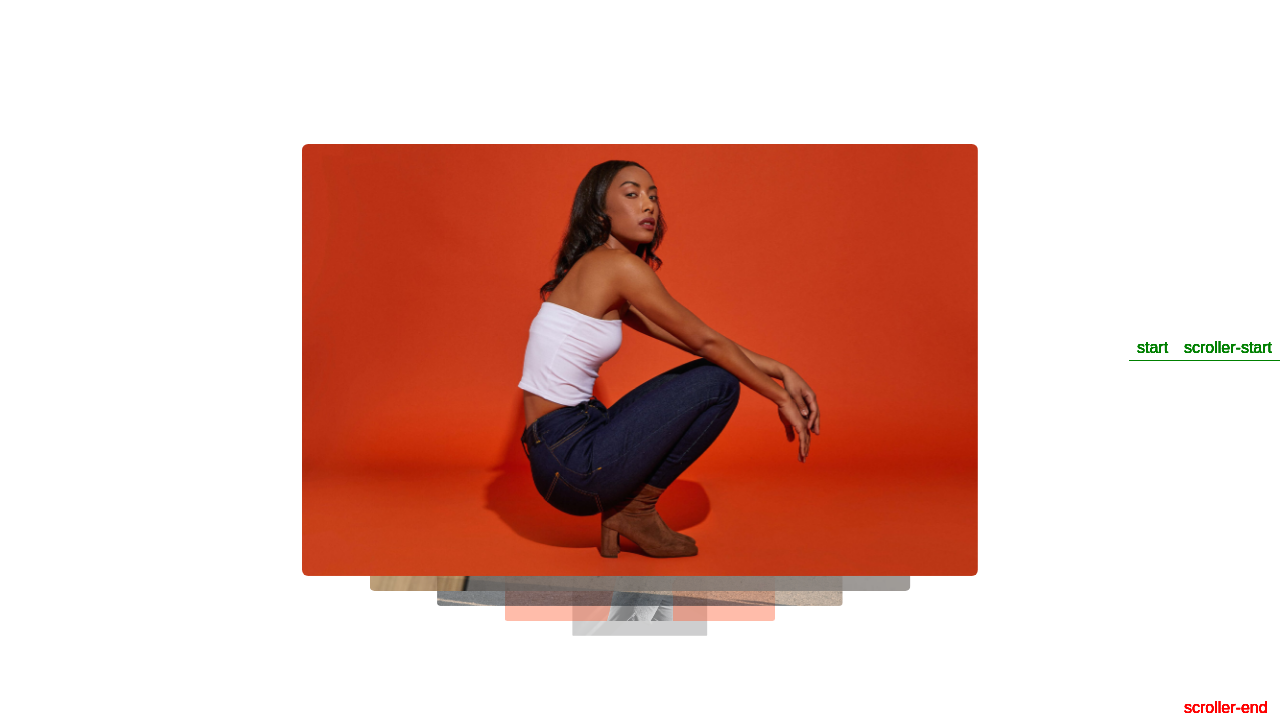
Repository: lwygold/motion
Page: layout/이미지 위로 계속 올라가는레이아웃.html
These files come from the project's save history. The page is drawn as it stood at one moment and after the next save; the edit follows.
The browser window is 1280 px wide. The pictures show the window.
Pictures or frames that could not be fetched are drawn as grey boxes. A layer covers the whole window, so only the first screen is drawn.

Above is the page before, as saved 2023-02-20 17:31:23.

### layout/이미지 위로 계속 올라가는레이아웃.html
<!DOCTYPE html>
<html lang="ko">

<head>
    <meta http-equiv="Content-Type" content="text/html;charset=utf-8" />
    <meta name="viewport" content="width=device-width, user-scalable=no, target-densitydpi=medium-dpi" />
    <meta name="apple-mobile-web-app-capable" content="yes" />
    <meta name="format-detection" content="telephone=no" />
    <meta http-equiv="X-UA-Compatible" content="IE=edge" />
    <meta http-equiv="x-rim-auto-match" content="none" />
    <link rel="shortcut icon" href="./images/favicon.ico" />
    <link rel="stylesheet" type="text/css" href="../assets/css/slick.css" />
    <link rel="stylesheet" type="text/css" href="../assets/css/common.css" />
    <link rel="stylesheet" type="text/css" href="../assets/css/main.css" />
    <link rel="stylesheet" type="text/css" href="../assets/css/sub.css" />
    <title>테스트</title>
    <script src="../assets/js/jquery-3.3.1.min.js"></script>
    <script src="../assets/js/jquery-ui.min.js"></script>
    <script src="../assets/js/slick.min.js"></script>
    <script src="../assets/js/gsap.js"></script>
    <script src="../assets/js/gsap_scroll_trigger.js"></script>
    <script src="../assets/js/green.js"></script>
    <script src="../assets/js/common.js"></script>
    <script src="../assets/js/main.js"></script>
    <script src="../assets/js/sub.js"></script>
</head>

<style>
    section {
        width: 100vw;
        height: 100vh;
    }

    section ul {
        align-items: center;
        display: flex;
        height: 100%;
        justify-content: center;
        left: 0;
        position: fixed;
        top: 0;
        width: 100%;
        max-height: 100vh;
    }

    section ul li {
        border-radius: 0.4861111111vw;
        cursor: pointer;
        height: 60vh;
        overflow: hidden;
        position: absolute;
        -webkit-transform-origin: bottom;
        transform-origin: bottom;
        width: 52.7777777744vw;
        will-change: transform, opacity;
    }



    section ul li:nth-child(1) {
        z-index: 5;
    }

    section ul li:nth-child(2) {
        z-index: 4;
    }

    section ul li:nth-child(3) {
        z-index: 3;
    }

    section ul li:nth-child(4) {
        z-index: 2;
    }

    section ul li:nth-child(5) {
        z-index: 1;
    }


    section ul li div {
        height: 100%;
        -webkit-transform: none;
        transform: none;
        transition: -webkit-transform 1.2s cubic-bezier(.165, .84, .44, 1);
        transition: transform 1.2s cubic-bezier(.165, .84, .44, 1);
        transition: transform 1.2s cubic-bezier(.165, .84, .44, 1), -webkit-transform 1.2s cubic-bezier(.165, .84, .44, 1);
        width: 100%;
        will-change: transform;
    }

    section ul li div img {
        height: 100%;
        -o-object-fit: cover;
        object-fit: cover;
        -o-object-position: center;
        object-position: center;
        width: 100%;
        -webkit-transform: none;
        transform: none;
        -webkit-transform-origin: center;
        transform-origin: center;
        transition: -webkit-transform 1.6s cubic-bezier(.165, .84, .44, 1);
        transition: transform 1.6s cubic-bezier(.165, .84, .44, 1);
        transition: transform 1.6s cubic-bezier(.165, .84, .44, 1), -webkit-transform 1.6s cubic-bezier(.165, .84, .44, 1);
        width: 100%;
        will-change: transform;
    }

    section ul li div img:hover {
        -webkit-transform: scale(1.1);
        transform: scale(1.1);
    }
</style>

<body>

    <section class="s1">
        <ul>
            <li class="panel s1-1 panel_first">
                <div>
                    <img src="./images/1.jpg" alt="">
                </div>
            </li>
            <li class="panel s1-2">
                <div>
                    <img src="./images/2.jpg" alt="">
                </div>
            </li>
            <li class="panel s1-3">
                <div>
                    <img src="./images/3.jpg" alt="">
                </div>
            </li>
            <li class="panel s1-4">
                <div>
                    <img src="./images/4.jpg" alt="">
                </div>
            </li>
            <li class="panel s1-5">
                <div>
                    <img src="./images/5.jpg" alt="">
                </div>
            </li>
            <li class="panel s1-6">
                <div>
                    <img src="./images/6.jpg" alt="">
                </div>
            </li>
            <li class="panel s1-7">
                <div>
                    <img src="./images/6.jpg" alt="">
                </div>
            </li>
        </ul>
    </section>


    <script>
        const $ul = $('ul');
        const $li = $('ul li');
        const li_cnt = $('ul li').length;

        $li.each((i, e) => {
            $(e).css("transform", "translateY(" + i * 15 + "px) scale(" + (1 - (0.1 * (i * (2)))) + ")");
            $(e).css("opacity", 1 - (0.1 * (i * (2))));
            $(e).attr("filter", "grayscale(" + i * 33 + "%);");
        });



        $(function () {

            gsap.registerPlugin(ScrollTrigger);

            let panels = gsap.utils.toArray(".panel");

            let tl1 = gsap.timeline({
                scrollTrigger: {
                    trigger: $ul,
                    start: "center center",
                    end: () => innerHeight * 3,
                    pin: true,
                    scrub: true,
                    markers: true,
                }
            });

            let tl2 = gsap.timeline({
                scrollTrigger: {
                    trigger: 'section ul li:nth-child(1)',
                    start: "center center",
                    end: () => (innerHeight * 3)/10,
                    scrub: true,
                    markers: true,
                }
            });

            let tl3 = gsap.timeline({
                scrollTrigger: {
                    trigger: 'section ul li:nth-child(1)',
                    start: "center center",
                    end: () => (innerHeight * 3)/10,
                    scrub: true,
                    markers: true,
                }
            });

            let tl4 = gsap.timeline({
                scrollTrigger: {
                    trigger: 'section ul li:nth-child(1)',
                    start: "center center",
                    end: () => (innerHeight * 3)/10,
                    scrub: true,
                    markers: true,
                }
            });

            let tl5 = gsap.timeline({
                scrollTrigger: {
                    trigger: 'section ul li:nth-child(1)',
                    start: "center center",
                    end: () => (innerHeight * 3)/10,
                    scrub: true,
                    markers: true,
                }
            });

            let tl6 = gsap.timeline({
                scrollTrigger: {
                    trigger: 'section ul li:nth-child(1)',
                    start: "center center",
                    end: () => (innerHeight * 3)/10,
                    scrub: true,
                    markers: true,
                }
            });

            panels.forEach((panel, i) => {

                tl1.to(panel, {
                    yPercent: -150,
                });

                tl2.to('section ul li:nth-child('+(i+1)+')', {
                    y:0,
                    opacity:1,
                    scale: 1,
                });

                tl3.to('section ul li:nth-child('+(i+2)+')', {
                    y: 15+"px",
                    opacity:0.8,
                    scale: 0.8,
                });

                tl4.to('section ul li:nth-child('+(i+3)+')', {
                    y: 30+"px",
                    opacity:0.6,
                    scale: 0.6,
                });

                tl5.to('section ul li:nth-child('+(i+4)+')', {
                    y: 45+"px",
                    opacity:0.4,
                    scale: 0.4,
                });

                tl6.to('section ul li:nth-child('+(i+5)+')', {
                    y: 60+"px",
                    opacity:0.2,
                    scale: 0.2,
                });


            });
















        });

    </script>
</body>

</html>

### assets/css/main.css
body {
 font-size:0;
}


section.section4 {
 height: 400vh;
}

.header-section {
 padding: 0 15px;
 text-align: center;
 margin: 0;
 height: 100vh;
 color: #000;
 font-size: 35px;
 display: flex;
 align-items: center;
 justify-content: center;
}

.nav {
 display: flex;
 position: fixed;
 right:100px;
 top:50%;
 transform: translateY(-50%);
 z-index: 11;
}

.nav > div {
 position: relative;
 width: 2px;
 height: 55px;
 background: transparent;
 z-index: 1;
}

.nav > div:after {
 content:'';
 position: absolute;
 left:0;
 top:0;
 width:3px;
 height: 55px;
 background: rgba(255,255,255, 0.3);
 z-index: 2;
}

.nav div > div {
 position: absolute;
 left:0;
 top:0;
 width:2px;
 height:0;
 background: #fff;
}


.gridBlock {
 opacity: 0;
}


/* Grid almost fully pulled from https://www.rino-pelle.com/ */
.grid-container {
 width: 100vw;
 height: 400vh;
 position: relative;
}
.grid {
 top: 0;
 left: 0;
 z-index: 1;
 width: 70vw;
 height: 60vw;
 margin: 0 calc(100vw / 20 * 3);
 position: absolute;

}
@media only screen and (max-width: 580px) {
 .grid {
 margin: 0;
 width: 100vw;
 height: 89.444vw;
}
}
.gridBlock {
 background-size: cover;
 background-color: darkgray;
}
.gridLayer {
 top: 0;
 left: 0;
 width: 100%;
 height: 100%;
 position: absolute;
 will-change: transform;
 transform-origin: 44.951% 50%;
}
.gridLayer:nth-child(1) .gridBlock {
 top: 5vw;
 left: 20vw;
 width: 10vw;
 height: 10vw;
}
@media only screen and (max-width: 580px) {
 .gridLayer:nth-child(1) .gridBlock {
 top: 11.111vw;
 left: 23.889vw;
 width: 15vw;
 height: 15vw;
}
}
.gridLayer:nth-child(2) .gridBlock {
 top: 0;
 left: 32.5vw;
 width: 15vw;
 height: 15vw;
}
@media only screen and (max-width: 580px) {
 .gridLayer:nth-child(2) .gridBlock {
 top: 0;
 left: 43.333vw;
 width: 26.389vw;
 height: 26.389vw;
}
}
.gridLayer:nth-child(3) .gridBlock {
 left: 0;
 top: 25vw;
 width: 15vw;
 height: 15vw;
}
@media only screen and (max-width: 580px) {
 .gridLayer:nth-child(3) .gridBlock {
 top: 30.278vw;
 left: 0;
 width: 26.389vw;
 height: 26.389vw;
}
}
.gridLayer:nth-child(4) .gridBlock {
 top: 17.5vw;
 left: 17.5vw;
 width: 30vw;
 height: 30vw;
}
@media only screen and (max-width: 580px) {
 .gridLayer:nth-child(4) .gridBlock {
 top: 30.278vw;
 left: 30.278vw;
 width: 39.444vw;
 height: 39.444vw;
}
}
.gridLayer:nth-child(5) {
 z-index: 1;
}
.gridLayer:nth-child(5) .gridBlock {
 top: 20vw;
 left: 50vw;
 width: 5vw;
 height: 5vw;
}
@media only screen and (max-width: 580px) {
 .gridLayer:nth-child(5) .gridBlock {
 top: 23.889vw;
 left: 73.889vw;
 width: 15.278vw;
 height: 15.278vw;
}
}
.gridLayer:nth-child(5) a {
 height: 100%;
 display: flex;
 align-items: center;
 justify-content: center;
}
.gridLayer:nth-child(5) svg {
 width: 1.75vw;
}
@media only screen and (max-width: 580px) {
 .gridLayer:nth-child(5) svg {
 width: 4.722vw;
}
}
.gridLayer:nth-child(6) .gridBlock {
 left: 50vw;
 top: 27.5vw;
 width: 20vw;
 height: 20vw;
}
@media only screen and (max-width: 580px) {
 .gridLayer:nth-child(6) .gridBlock {
 top: 43.889vw;
 left: 73.889vw;
 width: 26.389vw;
 height: 26.389vw;
}
}
.gridLayer:nth-child(7) .gridBlock {
 left: 10vw;
 top: 42.5vw;
 width: 5vw;
 height: 5vw;
}
@media only screen and (max-width: 580px) {
 .gridLayer:nth-child(7) .gridBlock {
 display: none;
}
}
.gridLayer:nth-child(8) .gridBlock {
 bottom: 5vw;
 left: 42.5vw;
 width: 5vw;
 height: 5vw;
}
@media only screen and (max-width: 580px) {
 .gridLayer:nth-child(8) .gridBlock {
 display: none;
}
}
.gridLayer:nth-child(9) .gridBlock {
 bottom: 0;
 left: 50vw;
 width: 10vw;
 height: 10vw;
}
@media only screen and (max-width: 580px) {
 .gridLayer:nth-child(9) .gridBlock {
 top: 73.889vw;
 left: 58.889vw;
 width: 15.278vw;
 height: 15.278vw;
}
}
.gridBlock {
 display: block;
 position: absolute;
}



@media only screen and (max-width: 640px) {

}

### assets/css/sub.css

@media only screen and (max-width: 640px) {

}

Loaded but not shown: assets/css/slick.css (common file); assets/js/jquery-3.3.1.min.js (library); assets/js/jquery-ui.min.js (library); assets/js/slick.min.js (library); assets/js/gsap.js (library); assets/js/gsap_scroll_trigger.js (library); assets/js/green.js (187 lines, source omitted); assets/js/common.js (7 lines, source omitted); assets/js/main.js (5 lines, source omitted); assets/js/sub.js (3 lines, source omitted); assets/css/common.css (608 lines, source omitted)

After the next save:
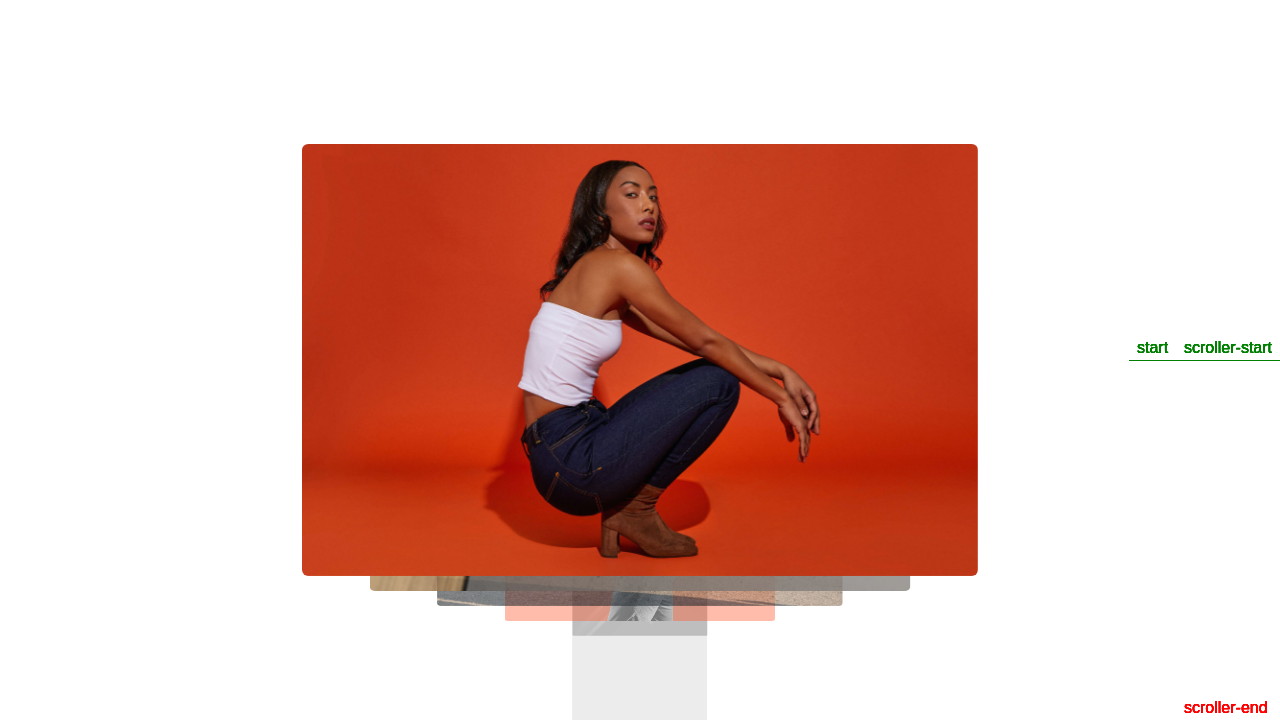
Saved 25 s later.
--- a/layout/이미지 위로 계속 올라가는레이아웃.html
+++ b/layout/이미지 위로 계속 올라가는레이아웃.html
@@ -190,7 +190,7 @@
                 scrollTrigger: {
                     trigger: 'section ul li:nth-child(1)',
                     start: "center center",
-                    end: () => (innerHeight * 3)/10,
+                    end: () => innerHeight * 1,
                     scrub: true,
                     markers: true,
                 }
@@ -200,7 +200,7 @@
                 scrollTrigger: {
                     trigger: 'section ul li:nth-child(1)',
                     start: "center center",
-                    end: () => (innerHeight * 3)/10,
+                    end: () => innerHeight * 1,
                     scrub: true,
                     markers: true,
                 }
@@ -210,7 +210,7 @@
                 scrollTrigger: {
                     trigger: 'section ul li:nth-child(1)',
                     start: "center center",
-                    end: () => (innerHeight * 3)/10,
+                    end: () => innerHeight * 1,
                     scrub: true,
                     markers: true,
                 }
@@ -220,7 +220,7 @@
                 scrollTrigger: {
                     trigger: 'section ul li:nth-child(1)',
                     start: "center center",
-                    end: () => (innerHeight * 3)/10,
+                    end: () => innerHeight * 1,
                     scrub: true,
                     markers: true,
                 }
@@ -230,7 +230,7 @@
                 scrollTrigger: {
                     trigger: 'section ul li:nth-child(1)',
                     start: "center center",
-                    end: () => (innerHeight * 3)/10,
+                    end: () => innerHeight * 1,
                     scrub: true,
                     markers: true,
                 }

After the save that followed:
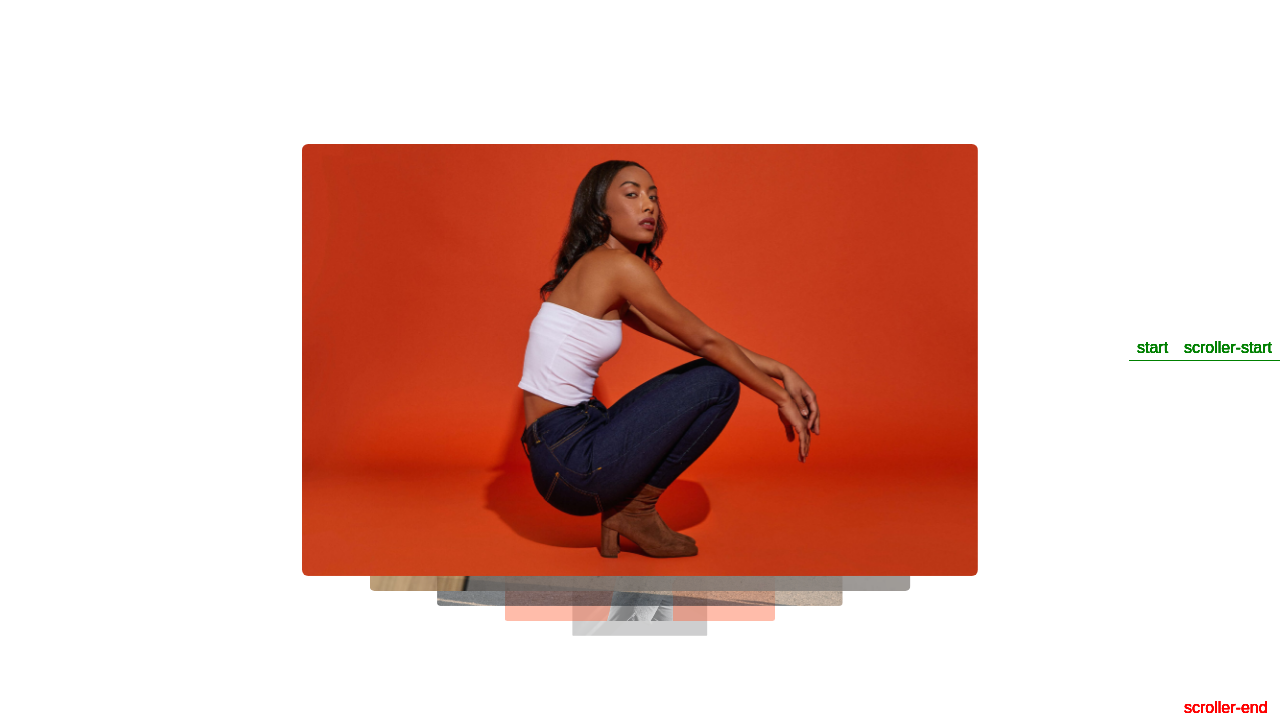
Saved 23 s later.
--- a/layout/이미지 위로 계속 올라가는레이아웃.html
+++ b/layout/이미지 위로 계속 올라가는레이아웃.html
@@ -190,7 +190,7 @@
                 scrollTrigger: {
                     trigger: 'section ul li:nth-child(1)',
                     start: "center center",
-                    end: () => innerHeight * 1,
+                    end: () => innerHeight * 0.1,
                     scrub: true,
                     markers: true,
                 }
@@ -200,7 +200,7 @@
                 scrollTrigger: {
                     trigger: 'section ul li:nth-child(1)',
                     start: "center center",
-                    end: () => innerHeight * 1,
+                    end: () => innerHeight * 0.1,
                     scrub: true,
                     markers: true,
                 }
@@ -210,7 +210,7 @@
                 scrollTrigger: {
                     trigger: 'section ul li:nth-child(1)',
                     start: "center center",
-                    end: () => innerHeight * 1,
+                    end: () => innerHeight * 0.1,
                     scrub: true,
                     markers: true,
                 }
@@ -220,7 +220,7 @@
                 scrollTrigger: {
                     trigger: 'section ul li:nth-child(1)',
                     start: "center center",
-                    end: () => innerHeight * 1,
+                    end: () => innerHeight * 0.1,
                     scrub: true,
                     markers: true,
                 }
@@ -230,7 +230,7 @@
                 scrollTrigger: {
                     trigger: 'section ul li:nth-child(1)',
                     start: "center center",
-                    end: () => innerHeight * 1,
+                    end: () => innerHeight * 0.1,
                     scrub: true,
                     markers: true,
                 }
